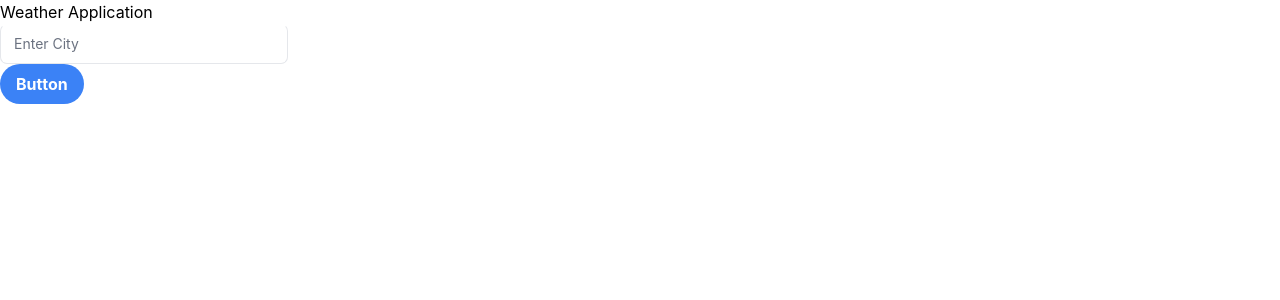
Repository: rajratangm/xweather
Page: /
The author's editor kept a copy of each file at every save. The page is drawn from the files as they stood at one save, then again after the next save.
The browser window is 1280 px wide. The pictures show the whole page.
The project was rebuilt for these pictures with package versions that can differ from the ones it lists, and the page was loaded fresh each time.

Above is the page before, as saved 2024-06-06 09:22:03.

### src/App.js
import React, { useState, useEffect } from "react";
import "./App.css";

const WeatherApp = () => {
  const [city, setCity] = useState("");
  const [weatherData, setWeatherData] = useState([]);
  const [loading, setLoading] = useState(false);
  const API_KEY = "1fa9ff4126d95b8db54f3897a208e91c";

  const fetchWeatherData = async () => {
    setLoading(true);
    try {
      const response = await fetch(
        `https://api.openweathermap.org/data/2.5/weather?q=${city}&appid=1fa9ff4126d95b8db54f3897a208e91c&units=metric`
      );
      if (!response.ok) {
        throw new Error("Failed to fetch weather data");
      }
      const data = await response.json();
      setWeatherData(data.weather);
      setLoading(false);
    } catch (error) {
      setLoading(false);
      alert("Failed to fetch weather data");
    }
  };

  const handleSubmit = (e) => {
    e.preventDefault();
    fetchWeatherData();
  };

  return (
    <div className="weather-app">
      <h1>Weather Application</h1>
      <form onSubmit={handleSubmit}>
        {/* <input
          type="text"
          placeholder="Enter city"
          value={city}
          onChange={(e) => setCity(e.target.value)}
        /> */}
        {/* <button type="submit">Search</button> */}
        <div class="w-72">
  <div class="relative w-full min-w-[200px] h-10">
    <input
     type="text"
     value={city}
     onChange={(e) => setCity(e.target.value)}
      class="peer w-full h-full bg-transparent text-blue-gray-700 font-sans font-normal outline outline-0 focus:outline-0 disabled:bg-blue-gray-50 disabled:border-0 transition-all placeholder-shown:border placeholder-shown:border-blue-gray-200 placeholder-shown:border-t-blue-gray-200 border focus:border-2 border-t-transparent focus:border-t-transparent text-sm px-3 py-2.5 rounded-[7px] border-blue-gray-200 focus:border-gray-900"
      placeholder=" " /><label
      class="flex w-full h-full select-none pointer-events-none absolute left-0 font-normal !overflow-visible truncate peer-placeholder-shown:text-blue-gray-500 leading-tight peer-focus:leading-tight peer-disabled:text-transparent peer-disabled:peer-placeholder-shown:text-blue-gray-500 transition-all -top-1.5 peer-placeholder-shown:text-sm text-[11px] peer-focus:text-[11px] before:content[' '] before:block before:box-border before:w-2.5 before:h-1.5 before:mt-[6.5px] before:mr-1 peer-placeholder-shown:before:border-transparent before:rounded-tl-md before:border-t peer-focus:before:border-t-2 before:border-l peer-focus:before:border-l-2 before:pointer-events-none before:transition-all peer-disabled:before:border-transparent after:content[' '] after:block after:flex-grow after:box-border after:w-2.5 after:h-1.5 after:mt-[6.5px] after:ml-1 peer-placeholder-shown:after:border-transparent after:rounded-tr-md after:border-t peer-focus:after:border-t-2 after:border-r peer-focus:after:border-r-2 after:pointer-events-none after:transition-all peer-disabled:after:border-transparent peer-placeholder-shown:leading-[3.75] text-gray-500 peer-focus:text-gray-900 before:border-blue-gray-200 peer-focus:before:!border-gray-900 after:border-blue-gray-200 peer-focus:after:!border-gray-900">Enter City
    </label>
  </div>
</div>
        <button type="submit" class="bg-blue-500 hover:bg-blue-700 text-white font-bold py-2 px-4 rounded-full">
  Button
</button>


      </form>
      {loading && <p>Loading data...</p>}
      {weatherData.length > 0 && (
        <div className="weather-cards">
          {weatherData.map((weather, index) => (
            <div className="weather-card" key={index}>
              <h2>{weather.main}</h2>
              <p>{weather.description}</p>
            </div>
          ))}
        </div>
      )}
    </div>
  );
};

export default WeatherApp;

### src/App.css
/* .weather-app {
  text-align: center;
  margin-top: 50px;
}

input[type="text"] {
  margin-right: 10px;
}

button {
  margin-top: 10px;
}

.weather-cards {
  display: flex;
  justify-content: center;
  margin-top: 20px;
}

.weather-card {
  padding: 10px;
  margin: 0 10px;
  border: 1px solid #ccc;
} */

Loaded but not shown: public/index.html (common file); src/index.js (common file); src/index.css (common file); src/reportWebVitals.js (common file); tailwind.config.js (common file)

After the next save:
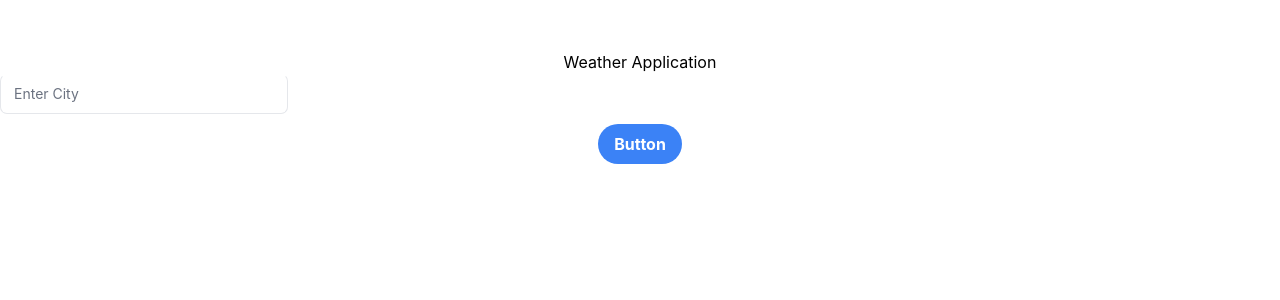
Saved 3 s later.
--- a/src/App.css
+++ b/src/App.css
@@ -1,4 +1,4 @@
-/* .weather-app {
+.weather-app {
   text-align: center;
   margin-top: 50px;
 }
@@ -21,4 +21,4 @@
   padding: 10px;
   margin: 0 10px;
   border: 1px solid #ccc;
-} */
+}

After the save that followed:
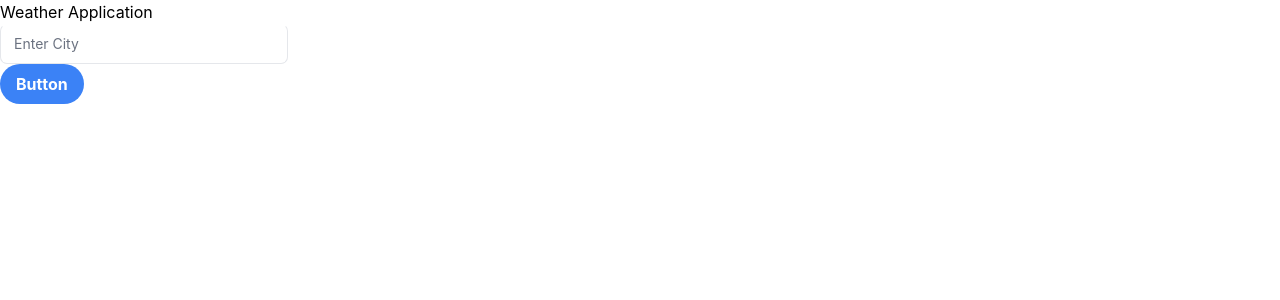
Saved 8 s later.
--- a/src/App.css
+++ b/src/App.css
@@ -1,4 +1,4 @@
-.weather-app {
+/* .weather-app {
   text-align: center;
   margin-top: 50px;
 }
@@ -21,4 +21,4 @@
   padding: 10px;
   margin: 0 10px;
   border: 1px solid #ccc;
-}
+} */
